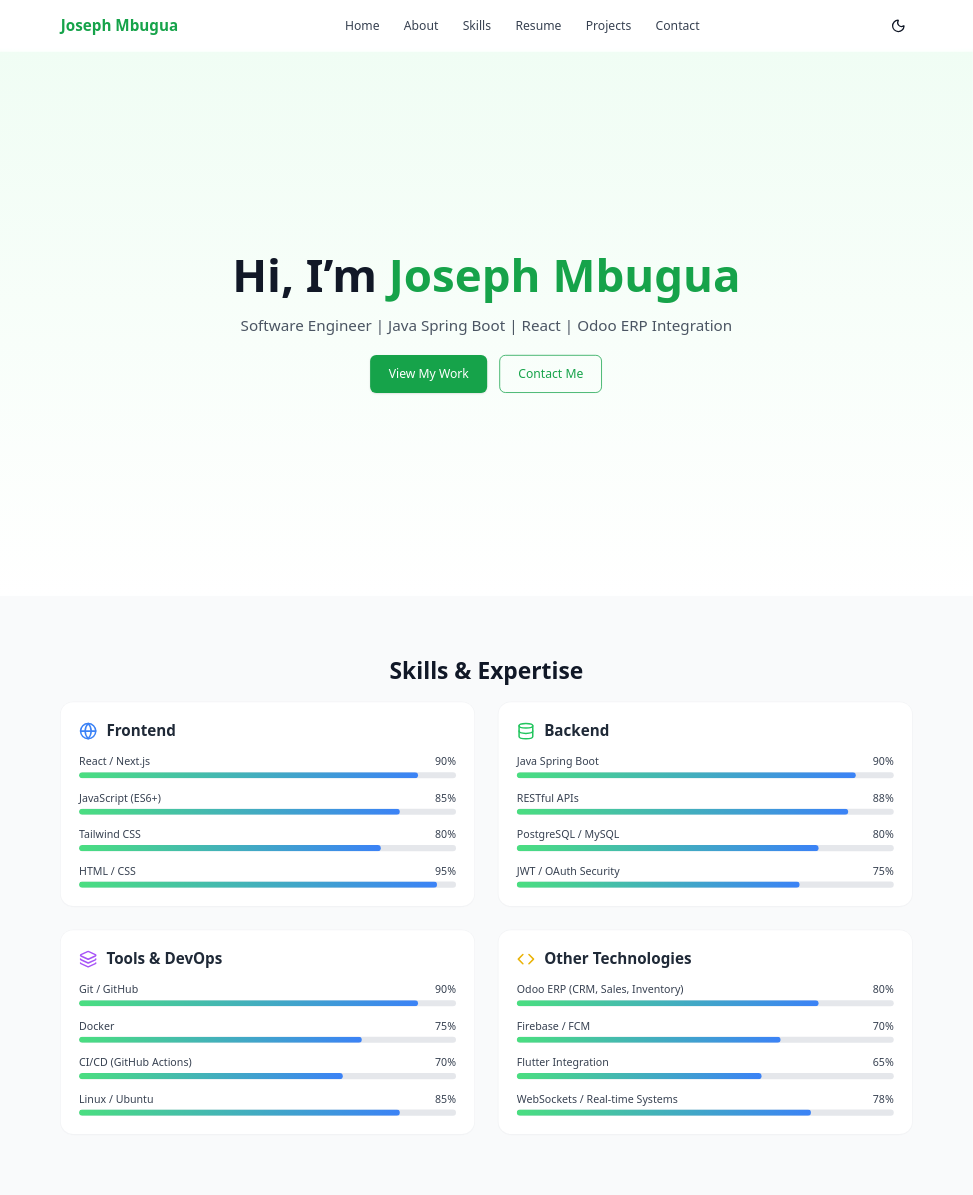
Repository: mbuguag/Portfolio
Page: /
These files come from the project's save history. The page is drawn as it stood at one moment and after the next save; the edit follows.
The browser window is 1280 px wide. The pictures show the whole page, at 76% of full size.
The project was rebuilt for these pictures with package versions that can differ from the ones it lists, and the page was loaded fresh each time. Also part of the build but not shown: vite.config.js, src/pages/Resume.jsx.

Above is the page before, as saved 2025-10-24 12:13:09.

After the next save:
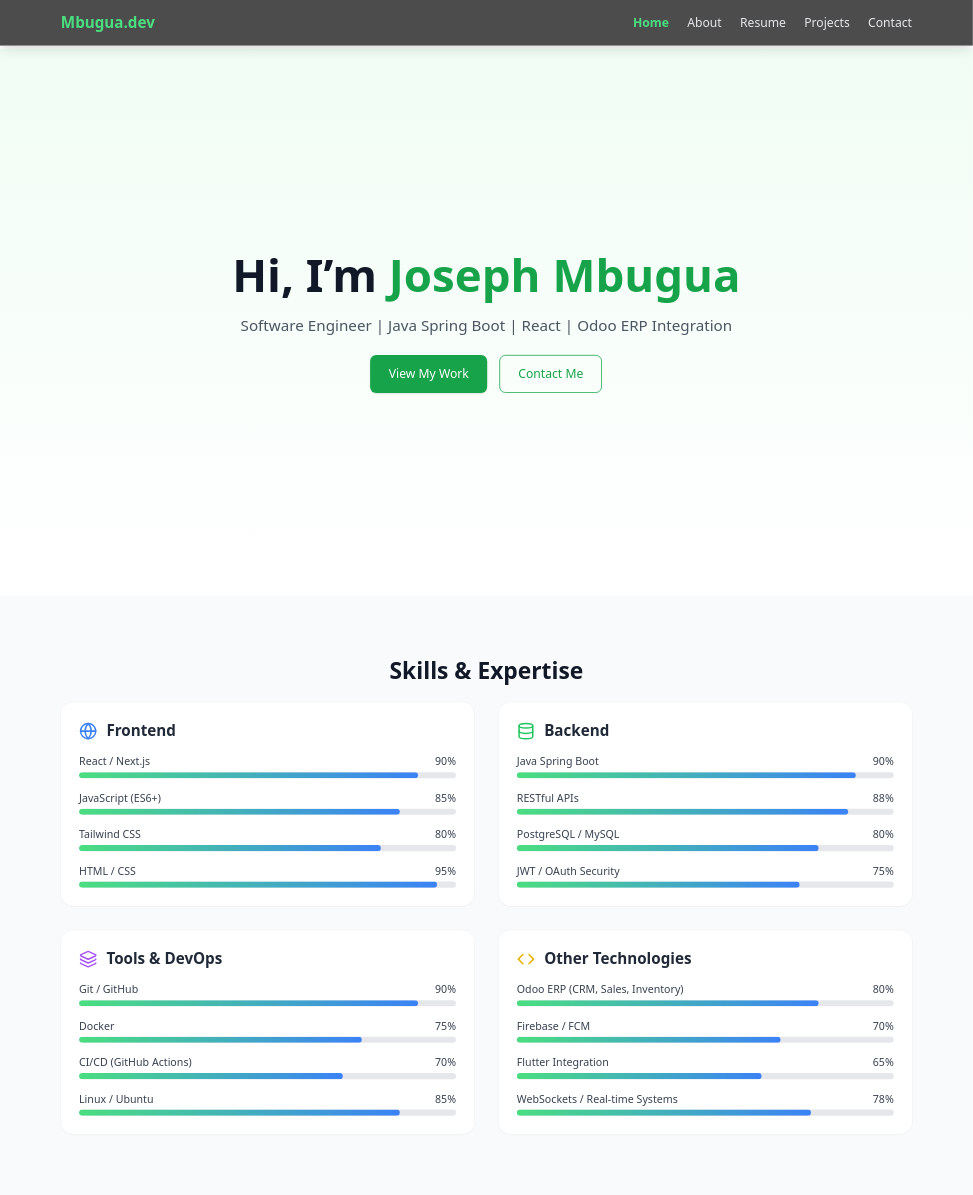
Saved 26 s later.
--- a/src/components/Navbar.jsx
+++ b/src/components/Navbar.jsx
@@ -1,36 +1,27 @@
-import React, { useContext } from "react";
-import { ThemeContext } from "../context/ThemeContext";
-import { Moon, Sun } from "lucide-react";
+import { NavLink } from "react-router-dom";
 
-export default function Navbar() {
-  const { theme, toggleTheme } = useContext(ThemeContext);
+const Navbar = () => {
+  const linkClass = ({ isActive }) =>
+    `hover:text-green-400 transition-colors ${
+      isActive ? "text-green-400 font-semibold" : "text-gray-200"
+    }`;
 
   return (
-    <header className="fixed top-0 w-full bg-white/80 dark:bg-gray-900/80 backdrop-blur-md shadow-sm z-50">
-      <nav className="container flex items-center justify-between py-4">
-        <h1 className="text-xl font-bold text-green-600 dark:text-green-400">Joseph Mbugua</h1>
+    <nav className="fixed top-0 left-0 w-full bg-black/70 backdrop-blur-lg text-white z-50 shadow-lg">
+      <div className="container mx-auto flex justify-between items-center px-6 py-4">
+        <NavLink to="/" className="text-xl font-bold text-green-400">
+          Mbugua.dev
+        </NavLink>
+        <div className="space-x-6">
+          <NavLink to="/" className={linkClass}>Home</NavLink>
+          <NavLink to="/about" className={linkClass}>About</NavLink>
+          <NavLink to="/resume" className={linkClass}>Resume</NavLink>
+          <NavLink to="/projects" className={linkClass}>Projects</NavLink>
+          <NavLink to="/contact" className={linkClass}>Contact</NavLink>
+        </div>
+      </div>
+    </nav>
+  );
+};
 
-        <ul className="hidden md:flex gap-8 text-gray-700 dark:text-gray-200">
-          {["Home", "About", "Skills", "Resume","Projects", "Contact"].map((item) => (
-            <li key={item}>
-              <a
-                href={`#${item.toLowerCase()}`}
-                className="hover:text-green-500 transition-colors duration-300"
-              >
-                {item}
-              </a>
-            </li>
-          ))}
-        </ul>
-
-        {/* Toggle button */}
-        <button
-          onClick={toggleTheme}
-          className="ml-6 p-2 rounded-full hover:bg-gray-200 dark:hover:bg-gray-800 transition"
-        >
-          {theme === "light" ? <Moon size={20} /> : <Sun size={20} />}
-        </button>
-      </nav>
-    </header>
-  );
-}
+export default Navbar;
